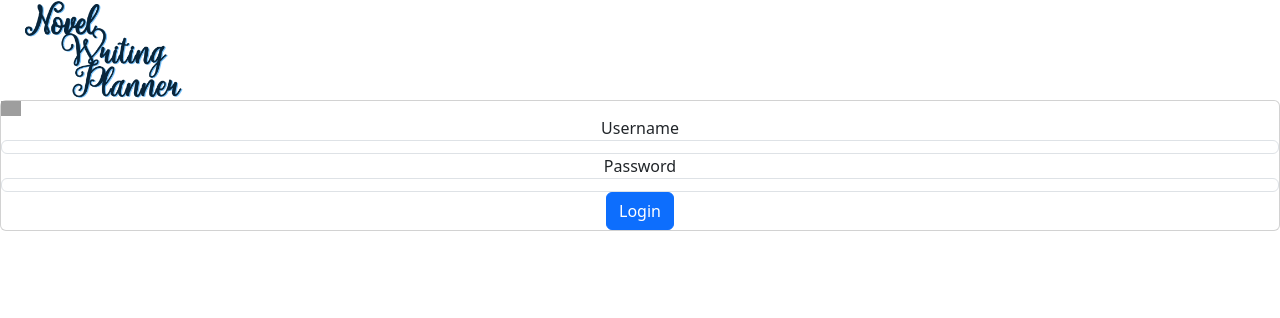
Repository: GossipCoco/RallyeBookV2
Page: /login
These files come from the project's save history. The page is drawn as it stood at one moment and after the next save; the edit follows.
The browser window is 1280 px wide. The pictures show the whole page.
Pictures or frames that could not be fetched are drawn as grey boxes. The project was rebuilt for these pictures with package versions that can differ from the ones it lists, and the page was loaded fresh each time. Also part of the build but not shown: vue.config.js, src/Services/auth-header.js, src/Services/user.service.js, src/components/PageComponent/Home.vue.

Above is the page before, as saved 2023-12-06 14:30:55.

### src/main.js
import { createApp } from 'vue'
import App from './App.vue'
import Router from './Router/Index'
import axios from 'axios'
import VueAxios from 'vue-axios'
import Vuex from 'vuex'
import store from "./store"
// import io from 'socket.io-client'
import { library } from '@fortawesome/fontawesome-svg-core'
import { faCat, faEnvelope, faGamepad, faHome, faHouseUser, faUser, faUserAlt, faUserCog, faUsers } from '@fortawesome/free-solid-svg-icons'
import { FontAwesomeIcon } from '@fortawesome/fontawesome-free'

import 'bootstrap/dist/css/bootstrap.css'
import './assets/css/Layout.css'
import './assets/css/Card.css'


library.add(faUser, faHouseUser, faGamepad, faUser, faHome, faEnvelope, faUserCog, faCat, faUserAlt, faUsers, faCat)
const app = createApp(App)

app.use(FontAwesomeIcon)
app.use(Vuex)
app.use(store)
app.use(Router)
app.use(VueAxios, axios)
app.mount('#app')

### src/App.vue
<template>
  <div class="container-fluid">
    <div class="row">
      <div class="col-2">
        <img alt="Vue logo" class="logo" src="../public/images/svg/logo.png" />
      </div>
      <div class="col-10"></div>
    </div>

  </div>

  <router-view></router-view>
</template>

<script>
export default {
  name: "App",
};
</script>

<style>
#app {
  -webkit-font-smoothing: antialiased;
  -moz-osx-font-smoothing: grayscale;
  text-align: center;
  color: #2c3e50;
}
</style>

### src/Router/Index.js
import { createWebHistory, createRouter } from "vue-router";
import Home from '../components/PageComponent/Home.vue'
import Login from '../components/PageComponent/Login.vue'

const routes = [
  {
    path: "/",
    name: "home",
    component: Home,
  },
  {
    path: "/home",
    component: Home,
  },
  {
    path: "/login",
    component: Login,
  },
]

const router = createRouter({
    history: createWebHistory(),
    routes,
  });

  export default router;

### src/store/index.js
import { createStore } from "vuex";
import { auth } from "./auth.module";
export default createStore({
  modules: {
    auth,
  },
  state: {},
  mutations: {},
  actions: {},
});

### src/assets/css/Layout.css
@import './variables.scss';

html,
body {
    height: 100vh;
    overflow-y: hidden;
    overflow-x: hidden;
    scroll-behavior: smooth;
    background-size: cover;
    background-position: 10%;
}
.logo{
    width: 25vh;
}
.login-page{
    overflow: auto;
    height: 55vh;
}
#profile-img{
    width: 20px;
}

### src/components/PageComponent/Login.vue
<template>
  <div class="login-page">
    <div class="col-md-12">
      <div class="card card-container">
        <img
          id="profile-img"
          src="//ssl.gstatic.com/accounts/ui/avatar_2x.png"
          class="profile-img-card"
        />
        <Form @submit="handleLogin" :validation-schema="schema">
          <div class="form-group">
            <label for="username">Username</label>
            <Field name="username" type="text" class="form-control" />
            <ErrorMessage name="username" class="error-feedback" />
          </div>
          <div class="form-group">
            <label for="password">Password</label>
            <Field name="password" type="password" class="form-control" />
            <ErrorMessage name="password" class="error-feedback" />
          </div>

          <div class="form-group">
            <button class="btn btn-primary btn-block" :disabled="loading">
              <span
                v-show="loading"
                class="spinner-border spinner-border-sm"
              ></span>
              <span>Login</span>
            </button>
          </div>

          <div class="form-group">
            <div v-if="message" class="alert alert-danger" role="alert">
              {{ message }}
            </div>
          </div>
        </Form>
      </div>
    </div>
  </div>
</template>
<script>
export default {
  name: "Login",
};
</script>

### src/store/auth.module.js
import AuthService from '../Services/auth.service';

const user = JSON.parse(localStorage.getItem('user'));
const initialState = user
  ? { status: { loggedIn: true }, user }
  : { status: { loggedIn: false }, user: null };

export const auth = {
  namespaced: true,
  state: initialState,
  actions: {
    login({ commit }, user) {
      return AuthService.login(user).then(
        user => {
          commit('loginSuccess', user);
          return Promise.resolve(user);
        },
        error => {
          commit('loginFailure');
          return Promise.reject(error);
        }
      );
    },
    logout({ commit }) {
      AuthService.logout();
      commit('logout');
    },
    register({ commit }, user) {
      return AuthService.register(user).then(
        response => {
          commit('registerSuccess');
          return Promise.resolve(response.data);
        },
        error => {
          commit('registerFailure');
          return Promise.reject(error);
        }
      );
    }
  },
  mutations: {
    loginSuccess(state, user) {
      state.status.loggedIn = true;
      state.user = user;
    },
    loginFailure(state) {
      state.status.loggedIn = false;
      state.user = null;
    },
    logout(state) {
      state.status.loggedIn = false;
      state.user = null;
    },
    registerSuccess(state) {
      state.status.loggedIn = false;
    },
    registerFailure(state) {
      state.status.loggedIn = false;
    }
  }
};

### src/assets/css/variables.scss
@import './Roboto.css';
@import './OpenSans.css';
@import './MeriendaMedium.css';
@import './MeriendaRegular.css';

:root{
    --opensans-text: 'Open Sans', sans-serif;
    --roboto-text: 'Roboto', sans-serif;

    --main-white: 255, 255, 255;
    --main-grey-background: 249, 251, 253;
    --dark-green-01: 0, 75, 66;
    --dark-green-02: 61, 111, 52;
    --middle-green-01: 3, 152, 134;
    --middle-green-02: 58, 174, 134;
    --clear-green-01: 146, 200, 66;
    --clear-green-02: 89, 207, 187;
}

### src/assets/css/Roboto.css
/* roboto */
@font-face {
    font-family: 'Roboto';
    font-style: normal;
    font-weight: 400;
    src: local('../fonts/Roboto/Roboto-Regular.ttf'),
         url('../fonts/Roboto/Roboto-Regular.ttf') format('ttf'), /* Super Modern Browsers */
  }

### src/assets/css/OpenSans.css
@font-face {
    font-family: 'Open Sans';
    font-style: normal;
    font-weight: 400;
    src: local('../fonts/OpenSans/OpenSans-Regular.ttf'),
         url('../fonts/OpenSans/OpenSans-Regular.ttf') format('ttf'), /* Super Modern Browsers */
  }

### src/assets/css/MeriendaMedium.css
@font-face {
    font-family: 'Open Sans';
    font-style: normal;
    font-weight: 400;
    src: local('../fonts/Merienda/Merienda-Medium.ttf'),
         url('../fonts/Merienda/Merienda-Medium.ttf') format('ttf'), /* Super Modern Browsers */
  }

### src/assets/css/MeriendaRegular.css
@font-face {
    font-family: 'Open Sans';
    font-style: normal;
    font-weight: 400;
    src: local('../fonts/Merienda/Merienda-Regular.ttf'),
         url('../fonts/Merienda/Merienda-Regular.ttf') format('ttf'), /* Super Modern Browsers */
  }

### src/Services/auth.service.js
import axios from 'axios';

const API_URL = 'http://localhost:8080/api/auth/';

class AuthService {
  login(user) {
    return axios
      .post(API_URL + 'signin', {
        username: user.username,
        password: user.password
      })
      .then(response => {
        if (response.data.accessToken) {
          localStorage.setItem('user', JSON.stringify(response.data));
        }

        return response.data;
      });
  }

  logout() {
    localStorage.removeItem('user');
  }

  register(user) {
    return axios.post(API_URL + 'signup', {
      username: user.username,
      email: user.email,
      password: user.password
    });
  }
}

export default new AuthService();

Loaded but not shown: public/index.html (common file); src/assets/css/Card.css (common file)

After the next save:
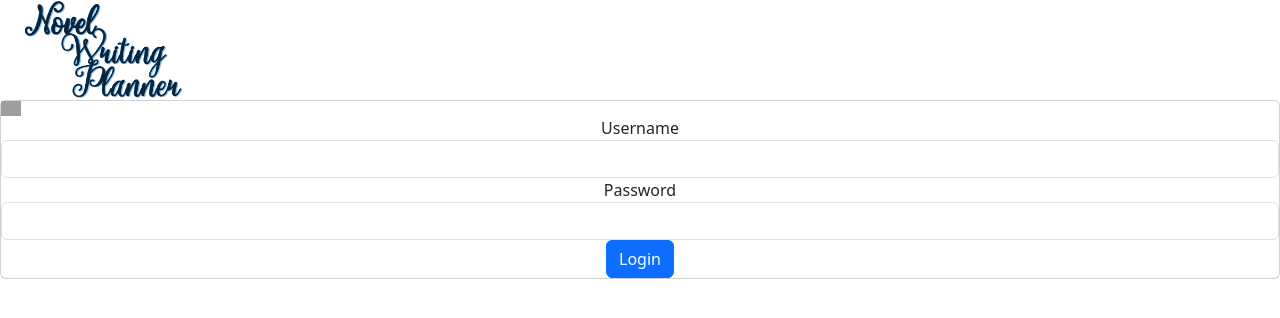
Saved 2 min 8 s later.
--- a/src/components/PageComponent/Login.vue
+++ b/src/components/PageComponent/Login.vue
@@ -10,12 +10,12 @@
         <Form @submit="handleLogin" :validation-schema="schema">
           <div class="form-group">
             <label for="username">Username</label>
-            <Field name="username" type="text" class="form-control" />
+            <input name="username" type="text" class="form-control" />
             <ErrorMessage name="username" class="error-feedback" />
           </div>
           <div class="form-group">
             <label for="password">Password</label>
-            <Field name="password" type="password" class="form-control" />
+            <input name="password" type="password" class="form-control" />
             <ErrorMessage name="password" class="error-feedback" />
           </div>
 
